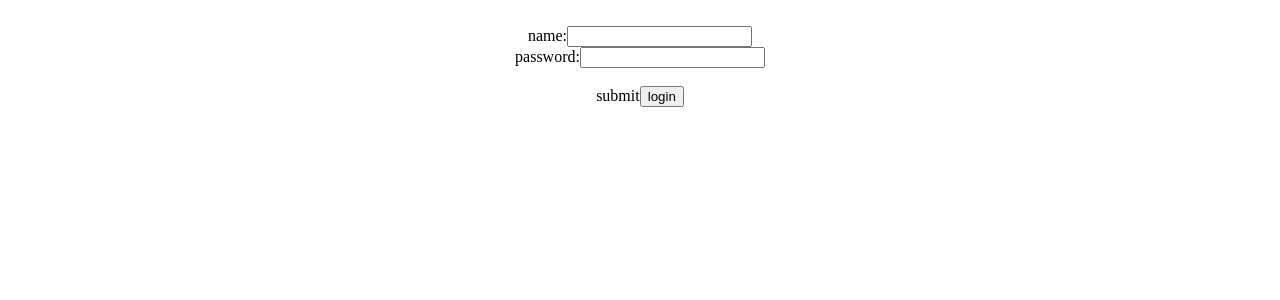
Repository: aoaoYang/AndroidServer
Page: http://localhost/AndroidServer/
These files come from the project's save history. The page is drawn as it stood at one moment and after the next save; the edit follows.
The browser window is 1280 px wide. The pictures show the whole page.
The page is served by Tomcat 9. Other server files are loaded and not shown.

Above is the page before, as saved 2020-02-27 04:56:14.

### Documents/workspace/AndroidServer/WebContent/index.jsp
<%@ page language="java" contentType="text/html; charset=UTF-8"
    pageEncoding="UTF-8"%>
<!DOCTYPE html PUBLIC "-//W3C//DTD HTML 4.01 Transitional//EN" "http://www.w3.org/TR/html4/loose.dtd">
<html>
<head>
<meta http-equiv="Content-Type" content="text/html; charset=UTF-8">
<title>Welcome</title>
</head>
<body>
<form action="mustLogin" method="post">
<center><br> name:<input type="text" name="id"> <br></center>
<center> password:<input type="text" name="passwd"> </center>
<center> <br>submit<input type="submit" value="login"> </center>
</form>
</body>
</html>

After the next save:
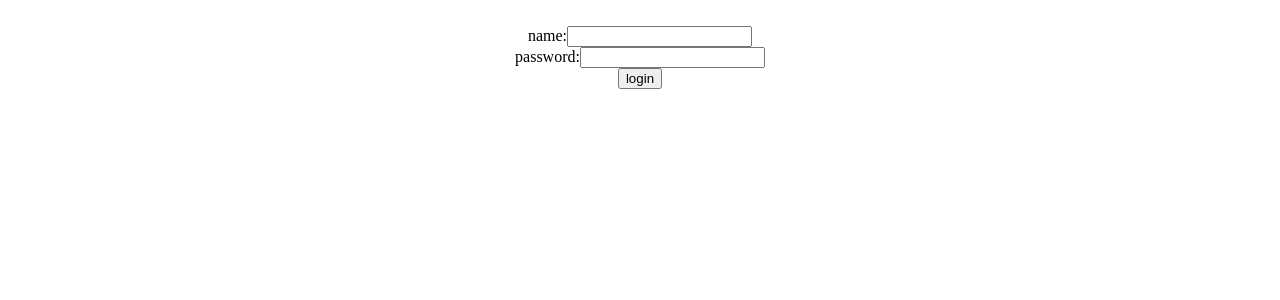
Saved 40 s later.
--- a/Documents/workspace/AndroidServer/WebContent/index.jsp
+++ b/Documents/workspace/AndroidServer/WebContent/index.jsp
@@ -10,7 +10,7 @@
 <form action="mustLogin" method="post">
 <center><br> name:<input type="text" name="id"> <br></center>
 <center> password:<input type="text" name="passwd"> </center>
-<center> <br>submit<input type="submit" value="login"> </center>
+<center> <input type="submit" value="login"> </center>
 </form>
 </body>
 </html>
